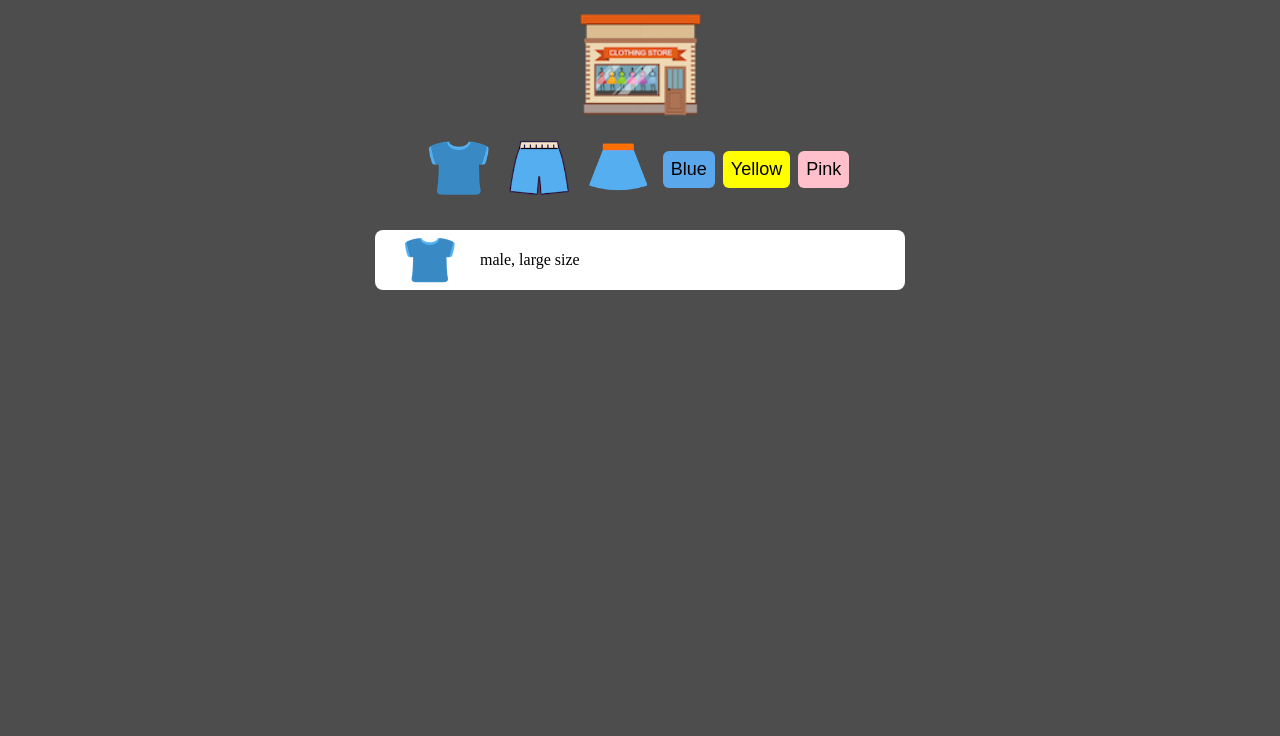
Repository: keehoonjung/Shoppingmall-Game
Page: index.html
The author's editor kept a copy of each file at every save. The page is drawn from the files as they stood at one save, then again after the next save.
The browser window is 1280 px wide. The pictures show the whole page.

Above is the page before, as saved 2021-08-12 19:36:30.
Console error: TypeError: Cannot read properties of null (reading 'addEventListener')

After the next save:
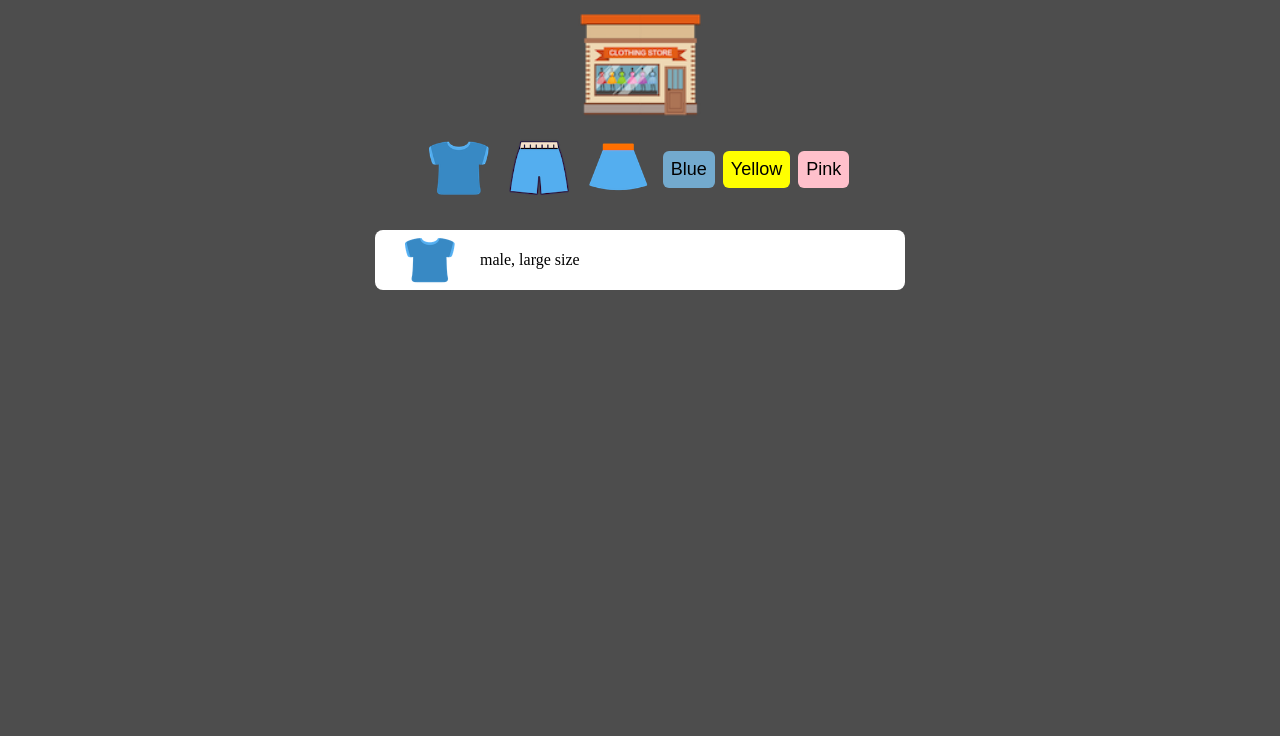
Saved 36 s later.
--- a/style.css
+++ b/style.css
@@ -67,30 +67,8 @@ body {
   padding: var(--basic-space);
 }
 
-.filter {
-  display: flex;
-  justify-content: center;
-  margin: 0;
-  padding: 0;
-  padding-left: 60px;
-}
-
-.filter__btn {
-  padding-right: 24px;
-}
-
-.filter__btn img {
-  height: 50px;
-  cursor: pointer;
-  transition: transform 300ms ease-in;
-}
-
-.filter__btn img:hover {
-  transform: scale(1.1);
-}
-
 .blue {
-  background-color: rgb(90, 167, 235);
+  background-color: var(--color-blue);
 }
 
 .yellow {
